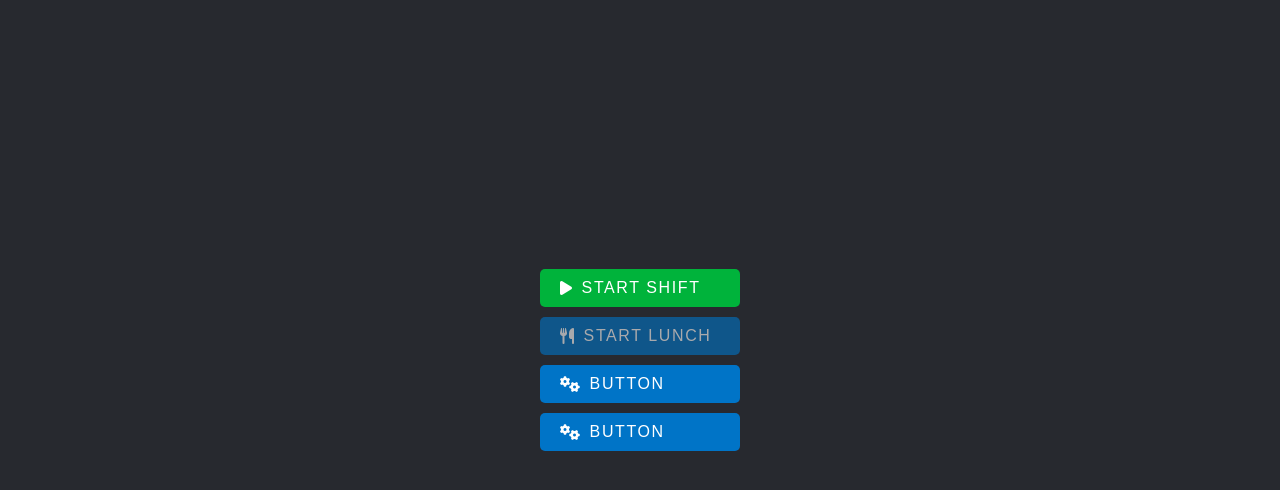
Repository: Philip-Rogers/button-state
Page: experiment.html
An editor plug-in stored every save of this project. The page is shown before and after the next save, followed by the edit.
The browser window is 1280 px wide. The pictures show the whole page.

Above is the page before, as saved 2024-08-14 16:49:41.

After the next save:
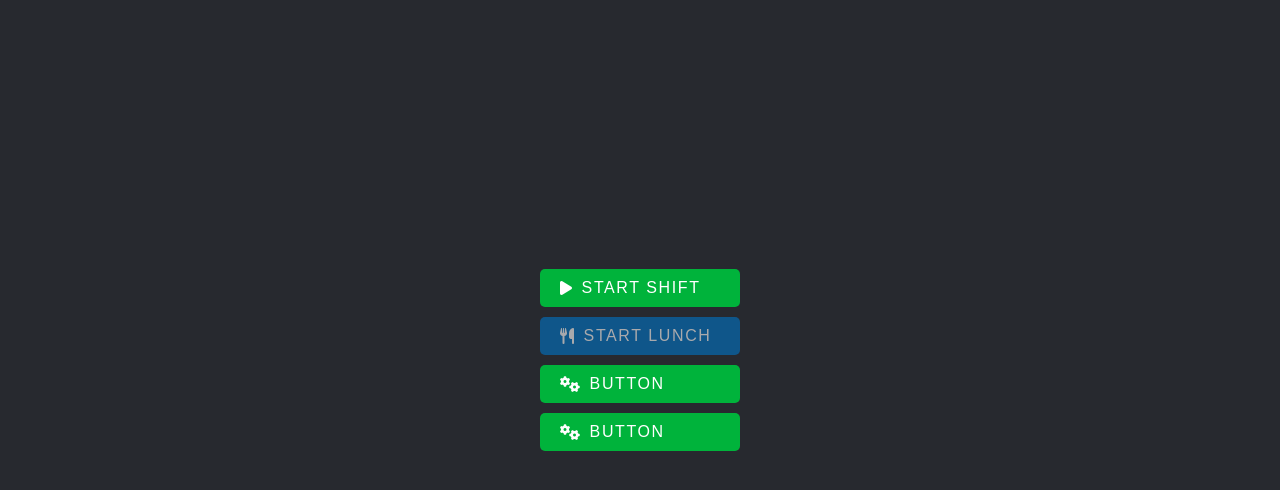
Saved 4 s later.
--- a/index.css
+++ b/index.css
@@ -45,25 +45,32 @@
 .button-container {
     display: flex;
     flex-direction: column;
-    align-items: flex-start; /* Align buttons to the start of the container */
-    gap: 10px; /* Space between the buttons */
+    align-items: flex-start;
+    /* Align buttons to the start of the container */
+    gap: 10px;
+    /* Space between the buttons */
 }
 
 /* Style for the toggle buttons */
 .toggle-button {
     color: white;
-    background-color: hsl(140, 100%, 35%); /* Default green for Start Shift */
+    background-color: hsl(140, 100%, 35%);
+    /* Default green for Start Shift */
     border: none;
     padding: 10px 20px;
     font-size: 16px;
     cursor: pointer;
     display: flex;
     align-items: center;
-    width: 200px; /* Fixed width for consistency */
+    width: 200px;
+    /* Fixed width for consistency */
 }
 
-#lunchButton, #openDoorButton, #placeholderButton1, #placeholderButton2 {
-    background-color: hsl(205, 100%, 39%); /* Default blue color for Start Lunch, Open Door, and Placeholder buttons */
+#lunchButton,
+#openDoorButton,
+#roamingOptionsButton {
+    background-color: hsl(205, 100%, 39%);
+    /* Default blue color for Start Lunch, Open Door, and Roaming Options */
 }
 
 .toggle-button i {

After the save that followed:
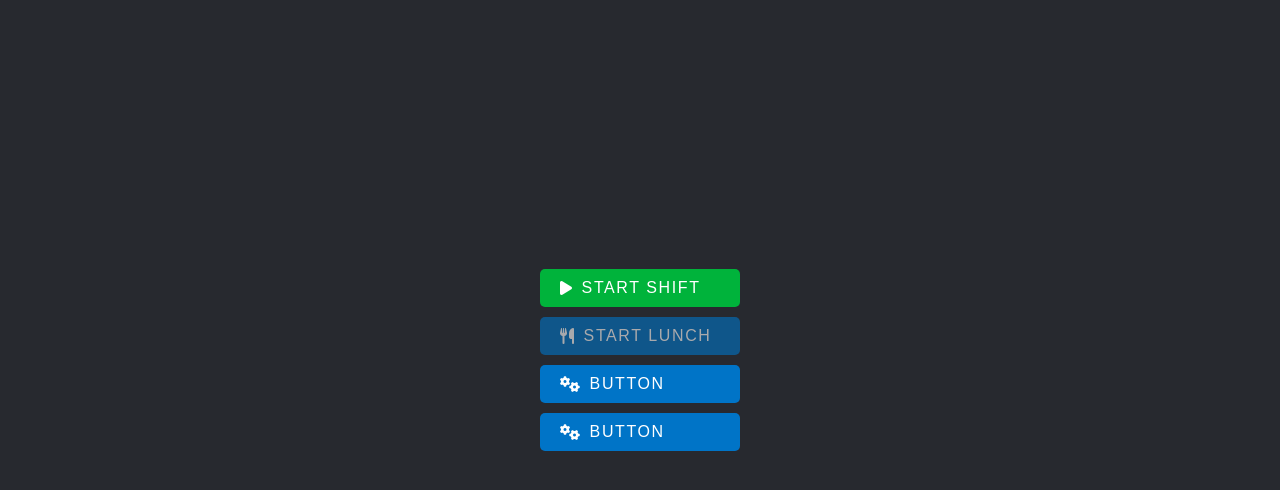
Saved 9 s later.
--- a/index.css
+++ b/index.css
@@ -45,32 +45,25 @@
 .button-container {
     display: flex;
     flex-direction: column;
-    align-items: flex-start;
-    /* Align buttons to the start of the container */
-    gap: 10px;
-    /* Space between the buttons */
+    align-items: flex-start; /* Align buttons to the start of the container */
+    gap: 10px; /* Space between the buttons */
 }
 
 /* Style for the toggle buttons */
 .toggle-button {
     color: white;
-    background-color: hsl(140, 100%, 35%);
-    /* Default green for Start Shift */
+    background-color: hsl(140, 100%, 35%); /* Default green for Start Shift */
     border: none;
     padding: 10px 20px;
     font-size: 16px;
     cursor: pointer;
     display: flex;
     align-items: center;
-    width: 200px;
-    /* Fixed width for consistency */
+    width: 200px; /* Fixed width for consistency */
 }
 
-#lunchButton,
-#openDoorButton,
-#roamingOptionsButton {
-    background-color: hsl(205, 100%, 39%);
-    /* Default blue color for Start Lunch, Open Door, and Roaming Options */
+#lunchButton, #placeholderButton1, #placeholderButton2 {
+    background-color: hsl(205, 100%, 39%); /* Default blue color for Start Lunch and Placeholder buttons */
 }
 
 .toggle-button i {
